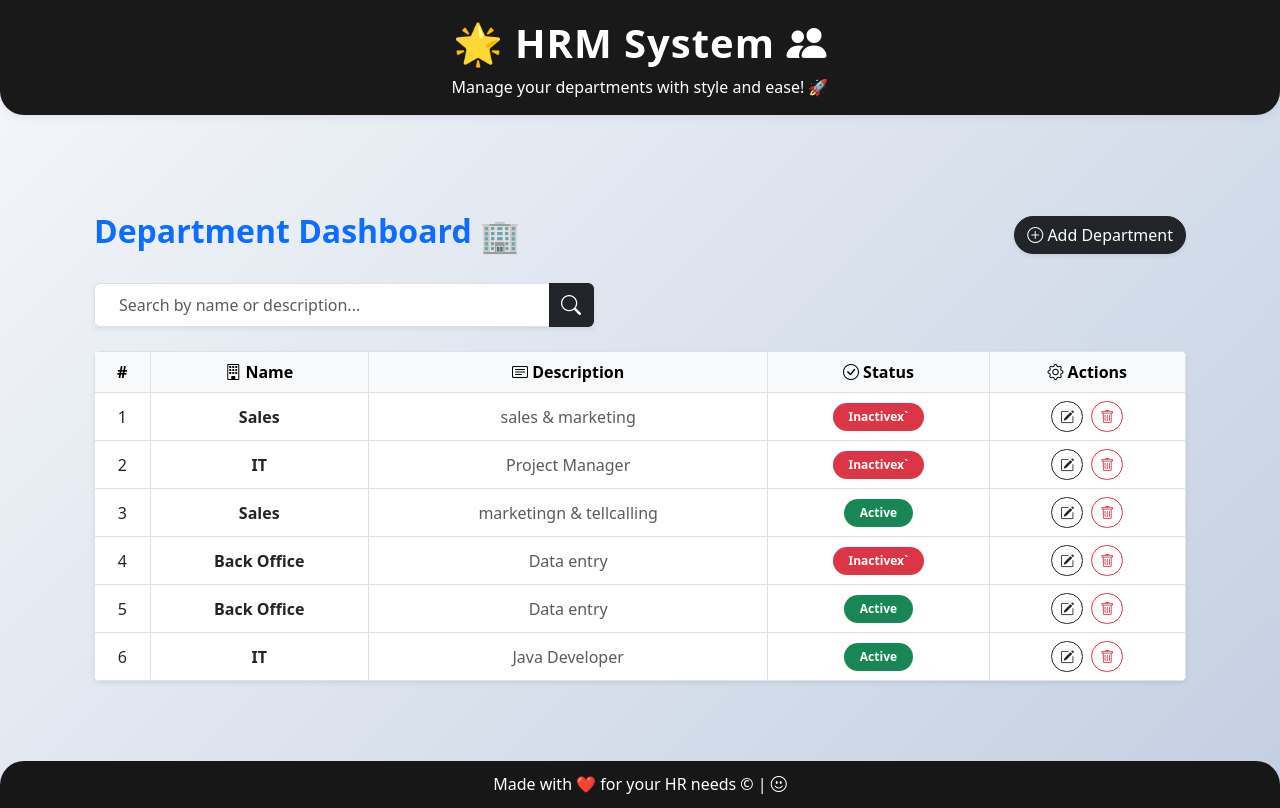
Repository: rtrupti09/HRMS
Page: http://localhost/departments/
These files come from the project's save history. The page is drawn as it stood at one moment and after the next save; the edit follows.
The browser window is 1280 px wide. The pictures show the whole page.
The page is served by the project's application, run on Django 5.2 (hrm_system/manage.py). The first stored user is signed in. Other server files are loaded and not shown. The page reads the database file committed with the project.

Above is the page before, as saved 2025-06-22 15:53:54.

### hrm_system/templates/department/dashboard.html
{% extends "base.html" %}

{% block extra_head %}
<link rel="stylesheet" href="https://cdn.jsdelivr.net/npm/bootstrap-icons@1.10.5/font/bootstrap-icons.css">
{% endblock %}

{% block content %}
<div class="container py-5">
    <!-- Header -->
    <div class="d-flex align-items-center justify-content-between mb-4">
        <div class="d-flex align-items-center">
            <h2 class="me-2 text-primary fw-bold">Department Dashboard</h2>
            <span class="fs-2">🏢</span>
        </div>
        <a href="{% url 'add_department' %}" class="btn btn-dark shadow-sm" style="border-radius: 30px;">
            <i class="bi bi-plus-circle"></i> Add Department
        </a>
    </div>

<!-- Stylish Search Form -->
<form method="get" class="input-group mb-4 shadow-sm" style="max-width: 500px;">
    <input type="text" name="search" value="{{ search }}"
           class="form-control px-4 py-2 border-end-0 "
           placeholder="Search by name or description..."
           style="font-size: 1rem;">
    <button class="btn btn-dark border-start-0 " type="submit">
        <i class="bi bi-search fs-5"></i>
    </button>
</form>


    <!-- Department Table -->
    <div class="table-responsive rounded shadow-sm">
        <table class="table table-bordered table-hover align-middle mb-0" style="background-color: #ffffff;">
            <thead class="table-light">
                <tr class="text-center">
                    <th>#</th>
                    <th><i class="bi bi-building"></i> Name</th>
                    <th><i class="bi bi-card-text"></i> Description</th>
                    <th><i class="bi bi-check-circle"></i> Status</th>
                    <th><i class="bi bi-gear"></i> Actions</th>
                </tr>
            </thead>
            <tbody>
                {% for dept in departments %}
                <tr class="text-center">
                    <td>{{ forloop.counter }}</td>
                    <td class="fw-semibold text-capitalize text-dark">{{ dept.dept_name }}</td>
                    <td class="text-muted">{{ dept.description }}</td>
                    <td>
                        {% if dept.status %}
                            <span class="badge bg-success px-3 py-2 rounded-pill">Active</span>
                        {% else %}
                            <span class="badge bg-danger px-3 py-2 rounded-pill">Inactivex`</span>
                        {% endif %}
                    </td>
                    <td>
                        <a href="{% url 'edit_department' dept.id %}" class="btn btn-sm btn-outline-dark rounded-pill me-1">
                            <i class="bi bi-pencil-square"></i>
                        </a>
                        <a href="{% url 'delete_department' dept.id %}" class="btn btn-sm btn-outline-danger rounded-pill">
                            <i class="bi bi-trash"></i>
                        </a>
                    </td>
                </tr>
                {% empty %}
                <tr>
                    <td colspan="5" class="text-center text-muted py-4">😕 No departments found.</td>
                </tr>
                {% endfor %}
            </tbody>
        </table>
    </div>
</div>
{% endblock %}

### hrm_system/templates/base.html
<!-- templates/base.html -->
<!DOCTYPE html>
<html lang="en">
<head>
    <meta charset="UTF-8">
    <title>HRM System</title>
    <meta name="viewport" content="width=device-width, initial-scale=1">
    <link href="https://cdn.jsdelivr.net/npm/bootstrap@5.3.0/dist/css/bootstrap.min.css" rel="stylesheet">
    <link rel="stylesheet" href="https://cdn.jsdelivr.net/npm/bootstrap-icons@1.10.5/font/bootstrap-icons.css">
    <style>
        body {
            background: linear-gradient(135deg, #f5f7fa 0%, #c3cfe2 100%);
            min-height: 100vh;
        }
        .hrm-header {
            background: #19191a;
            color: #fff;
            padding: 1.2rem 0 1rem 0;
            border-radius: 0 0 24px 24px;
            box-shadow: 0 2px 8px rgba(75,0,130,0.08);
            margin-bottom: 2rem;
        }
        .hrm-footer {
            background: #171717;
            color: #fff;
            text-align: center;
            padding: 0.7rem 0;
            border-radius: 24px 24px 0 0;
            margin-top: 2rem;
            font-size: 1rem;
        }
    </style>
    {% block extra_head %}{% endblock %}
</head>
<body>
    <div class="hrm-header text-center">
        <h1 style="font-weight:bold; letter-spacing:1px;">🌟 HRM System <i class="bi bi-people-fill"></i></h1>
        <p class="mb-0">Manage your departments with style and ease! 🚀</p>
    </div>
    <div class="container pt-3">
        {% if messages %}
        <div>
            {% for message in messages %}
                <div class="alert alert-{{ message.tags }} alert-dismissible fade show" role="alert">
                    {{ message }}
                    <button type="button" class="btn-close" data-bs-dismiss="alert"></button>
                </div>
            {% endfor %}
        </div>
        {% endif %}
        {% block content %}{% endblock %}
    </div>
    <div class="hrm-footer">
        <span>Made with ❤️ for your HR needs &copy; {{ now|date:'Y' }} | <i class="bi bi-emoji-smile"></i></span>
    </div>
</body>
</html>

### hrm_system/department/models.py
# department/models.py
from django.db import models

class Department(models.Model):
    dept_name = models.CharField(max_length=100)
    description = models.CharField(max_length=300)
    created_at = models.DateTimeField(auto_now_add=True)
    updated_at = models.DateTimeField(auto_now=True)
    status = models.BooleanField(default=True)

    def __str__(self):
        return self.dept_name

### hrm_system/department/views.py
# department/views.py
from django.shortcuts import render, redirect, get_object_or_404
from .models import Department
from .forms import DepartmentForm
from django.contrib import messages
from django.contrib.auth.decorators import user_passes_test

def admin_required(view_func):
    return user_passes_test(lambda u: u.is_superuser)(view_func)

@admin_required
def department_dashboard(request):
    departments = Department.objects.all()
    query = request.GET.get("search", "")
    if query:
        departments = departments.filter(dept_name__icontains=query)
    return render(request, "department/dashboard.html", {"departments": departments})

@admin_required
def add_department(request):
    if request.method == "POST":
        form = DepartmentForm(request.POST)
        if form.is_valid():
            form.save()
            messages.success(request, "Department added successfully.")
            return redirect('department_dashboard')
    else:
        form = DepartmentForm()
    return render(request, "department/add_edit.html", {"form": form})

@admin_required
def edit_department(request, dept_id):
    department = get_object_or_404(Department, pk=dept_id)
    if request.method == "POST":
        form = DepartmentForm(request.POST, instance=department)
        if form.is_valid():
            form.save()
            messages.success(request, "Department updated successfully.")
            return redirect('department_dashboard')
    else:
        form = DepartmentForm(instance=department)
    return render(request, "department/add_edit.html", {"form": form})

@admin_required
def delete_department(request, dept_id):
    department = get_object_or_404(Department, pk=dept_id)
    if request.method == "POST":
        department.status = False  # Soft delete
        department.save()
        messages.warning(request, "Department deactivated. Reassign employees before deletion.")
        return redirect('department_dashboard')
    return render(request, "department/confirm_delete.html", {"department": department})

### hrm_system/hrm_system/urls.py
"""
URL configuration for hrm_system project.

The `urlpatterns` list routes URLs to views. For more information please see:
    https://docs.djangoproject.com/en/5.2/topics/http/urls/
Examples:
Function views
    1. Add an import:  from my_app import views
    2. Add a URL to urlpatterns:  path('', views.home, name='home')
Class-based views
    1. Add an import:  from other_app.views import Home
    2. Add a URL to urlpatterns:  path('', Home.as_view(), name='home')
Including another URLconf
    1. Import the include() function: from django.urls import include, path
    2. Add a URL to urlpatterns:  path('blog/', include('blog.urls'))
"""
# hrm_system/urls.py

from django.contrib import admin
from django.urls import path, include
from django.shortcuts import redirect

urlpatterns = [
    path('admin/', admin.site.urls),
    path('departments/', include('department.urls')),
    path('accounts/', include('django.contrib.auth.urls')),  # ✅ Add this line
    path('', lambda request: redirect('department_dashboard')),
]

### hrm_system/department/urls.py
# department/urls.py
from django.urls import path
from . import views

urlpatterns = [
    path('', views.department_dashboard, name='department_dashboard'),
    path('add/', views.add_department, name='add_department'),
    path('edit/<int:dept_id>/', views.edit_department, name='edit_department'),
    path('delete/<int:dept_id>/', views.delete_department, name='delete_department'),
]

### hrm_system/db.sqlite3 (the tables this page reads, as SQL)
CREATE TABLE "auth_user" ("id" integer NOT NULL PRIMARY KEY AUTOINCREMENT, "password" varchar(128) NOT NULL, "last_login" datetime NULL, "is_superuser" bool NOT NULL, "username" varchar(150) NOT NULL UNIQUE, "last_name" varchar(150) NOT NULL, "email" varchar(254) NOT NULL, "is_staff" bool NOT NULL, "is_active" bool NOT NULL, "date_joined" datetime NOT NULL, "first_name" varchar(150) NOT NULL);
INSERT INTO "auth_user" VALUES
(1, 'pbkdf2_sha256$1000000$klXm5yfIOGV7m5jneleXNI$T7tebBIVv4do04abtiFRVLbcZeciDKrjFDq6fdQjkgs=', '2025-06-22 09:39:57.673721', 1, 'admin', '', '', 1, 1, '2025-06-22 09:14:34.032178', '');

CREATE TABLE "department_department" ("id" integer NOT NULL PRIMARY KEY AUTOINCREMENT, "dept_name" varchar(100) NOT NULL, "description" varchar(300) NOT NULL, "created_at" datetime NOT NULL, "updated_at" datetime NOT NULL, "status" bool NOT NULL);
INSERT INTO "department_department" VALUES
(1, 'sales', 'sales & marketing', '2025-06-22 09:48:29.772689', '2025-06-22 09:53:15.225973', 0),
(2, 'IT', 'Project Manager', '2025-06-22 09:50:40.913259', '2025-06-22 09:50:45.176349', 0),
(3, 'sales', 'marketingn & tellcalling', '2025-06-22 09:53:28.339740', '2025-06-22 09:53:44.053389', 1),
(4, 'back office', 'Data entry', '2025-06-22 09:54:09.921954', '2025-06-22 09:54:14.452761', 0),
(5, 'back office', 'Data entry', '2025-06-22 09:54:41.224577', '2025-06-22 09:54:41.224597', 1),
(6, 'IT', 'Java Developer', '2025-06-22 10:01:21.121885', '2025-06-22 10:01:21.121905', 1);

After the next save:
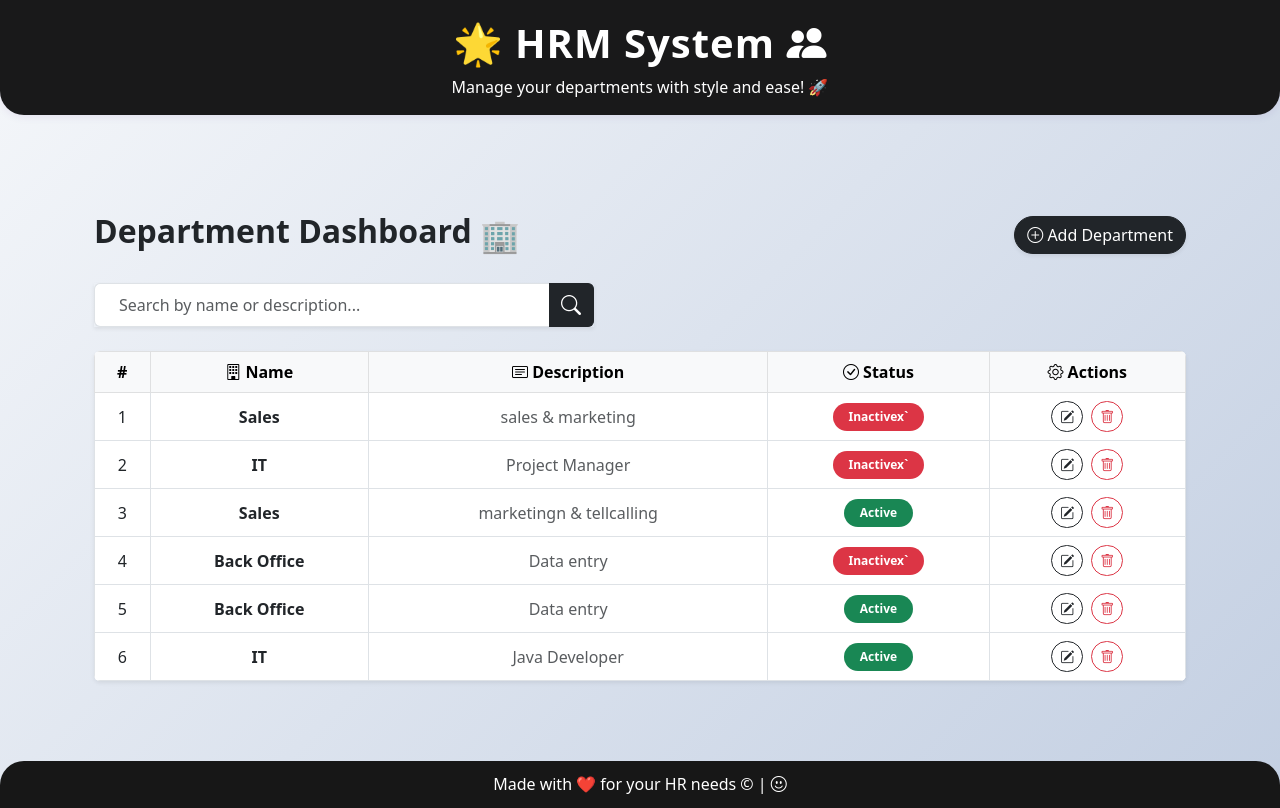
Saved 16 s later.
--- a/hrm_system/templates/department/dashboard.html
+++ b/hrm_system/templates/department/dashboard.html
@@ -9,7 +9,7 @@
     <!-- Header -->
     <div class="d-flex align-items-center justify-content-between mb-4">
         <div class="d-flex align-items-center">
-            <h2 class="me-2 text-primary fw-bold">Department Dashboard</h2>
+            <h2 class="me-2 text-dark fw-bold">Department Dashboard</h2>
             <span class="fs-2">🏢</span>
         </div>
         <a href="{% url 'add_department' %}" class="btn btn-dark shadow-sm" style="border-radius: 30px;">
